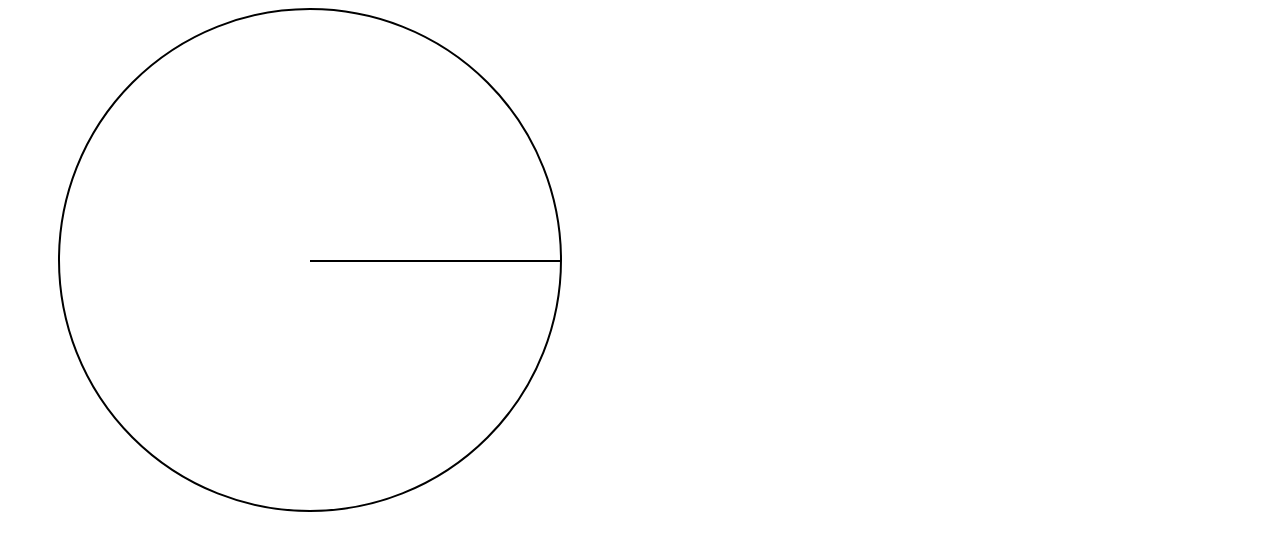
Repository: Lungdjos/ferris_wheel
Page: index.html
The author's editor kept a copy of each file at every save. The page is drawn from the files as they stood at one save, then again after the next save.
The browser window is 1280 px wide. The pictures show the whole page.

Above is the page before, as saved 2024-01-11 08:51:36.

After the next save:
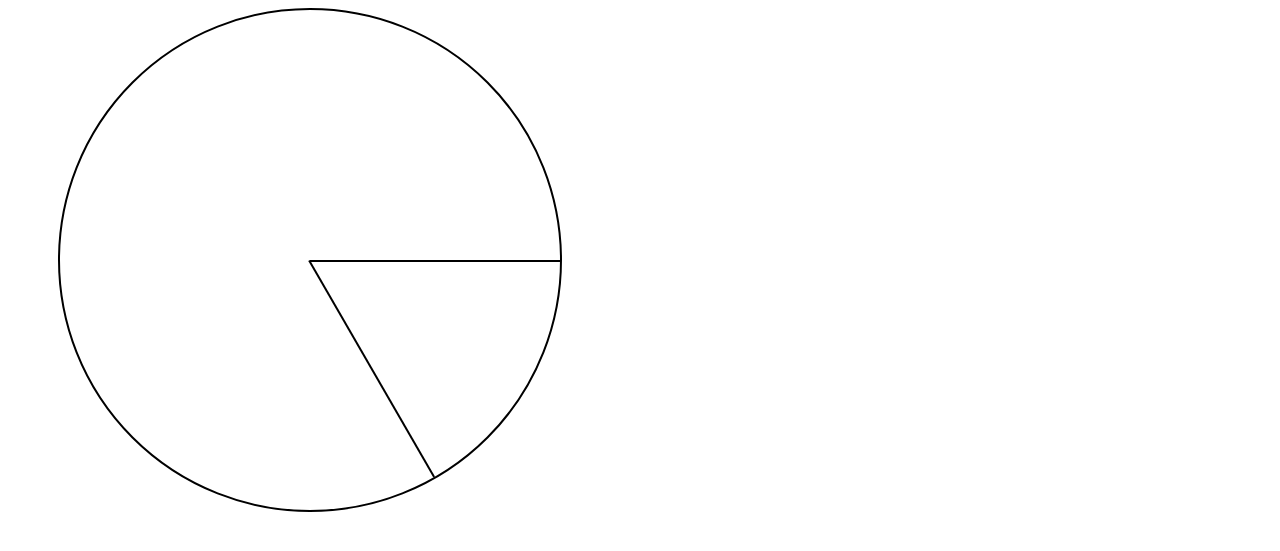
Saved 6 s later.
--- a/styles.css
+++ b/styles.css
@@ -19,6 +19,6 @@
     transform-origin: 0% 0%;
 }
 
-.line:nth {
+.line:nth-of-type(2) {
     transform: rotate(60deg);
 }
